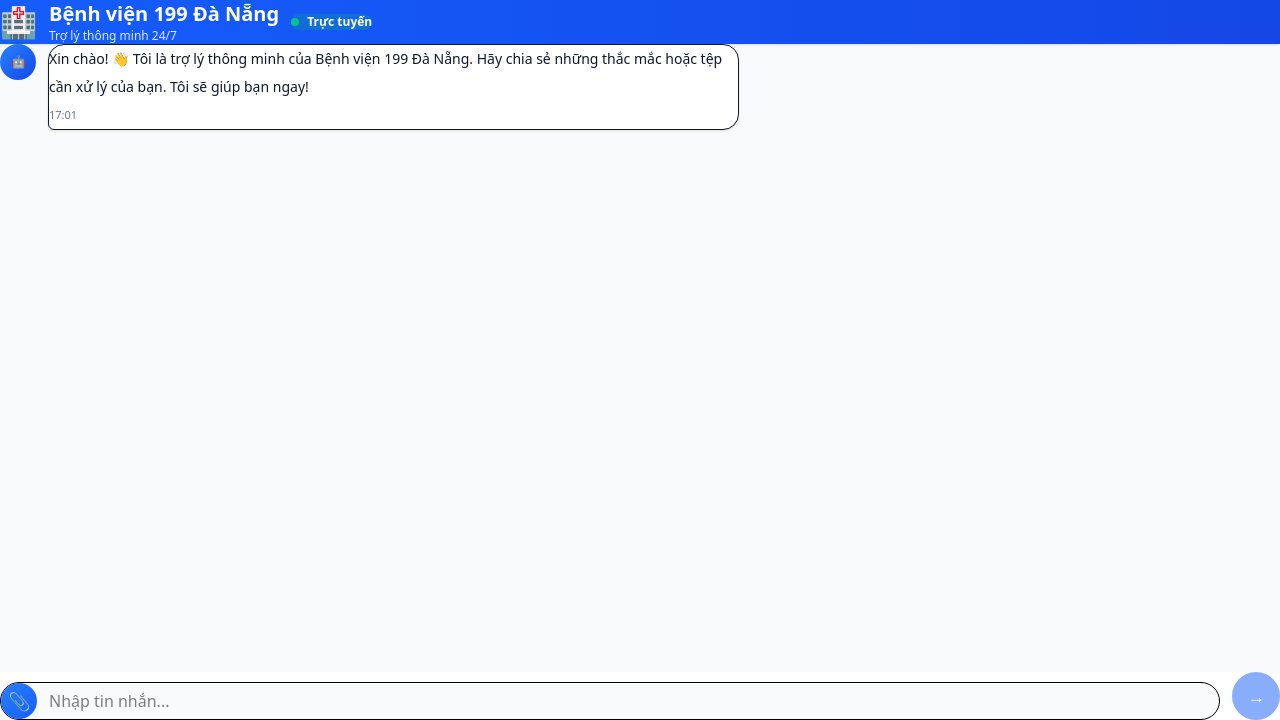
Repository: France2003/B-nh_Vi-n_199
Page: /
These files come from the project's save history. The page is drawn as it stood at one moment and after the next save; the edit follows.
The browser window is 1280 px wide. The pictures show the whole page.
The project was rebuilt for these pictures with package versions that can differ from the ones it lists, and the page was loaded fresh each time. Also part of the build but not shown: vite.config.ts, src/App.css, src/components/FilePreview.tsx.

Above is the page before, as saved 2026-01-10 12:06:17.

### index.html
<!doctype html>
<html lang="en">
  <head>
    <meta charset="UTF-8" />
    <link rel="icon" type="image/svg+xml" href="/vite.svg" />
    <meta name="viewport" content="width=device-width, initial-scale=1.0" />
    <title>chat199</title>
  </head>
  <body>
    <div id="root"></div>
    <script type="module" src="/src/main.tsx"></script>
  </body>
</html>

### src/index.css
@import "tailwindcss";

:root {
  --hospital-50: #f0f7fc;
  --hospital-100: #dceef9;
  --hospital-200: #b9def3;
  --hospital-300: #8fcde9;
  --hospital-400: #5ab9dd;
  --hospital-500: #35a4d0;
  --hospital-600: #2a7bb7;
  --hospital-700: #1e5b8d;
  --hospital-800: #0d4a73;
  --hospital-900: #081f2e;
}

* {
  @apply m-0 p-0 box-border;
}

html,
body {
  @apply h-full w-full;
}

body {
  @apply overflow-hidden;
}

#root {
  @apply h-screen w-screen;
}

/* Scrollbar Styling */
::-webkit-scrollbar {
  @apply w-2 h-2;
}

::-webkit-scrollbar-track {
  @apply bg-transparent;
}

::-webkit-scrollbar-thumb {
  background-color: rgb(13, 74, 115, 0.3);
  border-radius: 4px;
}

::-webkit-scrollbar-thumb:hover {
  background-color: rgb(13, 74, 115, 0.5);
}

/* Custom animations */
@keyframes slideIn {
  from {
    opacity: 0;
    transform: translateY(10px);
  }
  to {
    opacity: 1;
    transform: translateY(0);
  }
}

@keyframes bounce {
  0%, 80%, 100% {
    opacity: 0.5;
    transform: translateY(0);
  }
  40% {
    opacity: 1;
    transform: translateY(-10px);
  }
}

.animate-in {
  animation: slideIn 0.3s ease forwards;
}

.delay-200 {
  animation-delay: 200ms;
}

.delay-400 {
  animation-delay: 400ms;
}

.slide-in-from-bottom-2 {
  --tw-enter-translate-y: 8px;
}

### src/App.tsx
import './App.css'
import { ChatBot } from './components/ChatBot'

function App() {
  return <ChatBot />
}

export default App

### src/components/ChatBot.tsx
import React, { useState, useRef, useEffect } from 'react';
import type { Message, UploadedFile } from '../types';
import { ChatMessage } from './ChatMessage';
import { FileUploader } from './FileUploader';
import { FilePreview } from './FilePreview';

export const ChatBot: React.FC = () => {
  const [messages, setMessages] = useState<Message[]>([
    {
      id: '1',
      type: 'bot',
      content:
        'Xin chào! 👋 Tôi là trợ lý thông minh của Bệnh viện 199 Đà Nẵng. Hãy chia sẻ những thắc mắc hoặc tệp cần xử lý của bạn. Tôi sẽ giúp bạn ngay!',
      timestamp: new Date(),
    },
  ]);

  const [uploadedFiles, setUploadedFiles] = useState<UploadedFile[]>([]);
  const [inputValue, setInputValue] = useState('');
  const [isLoading, setIsLoading] = useState(false);
  const messagesEndRef = useRef<HTMLDivElement>(null);

  useEffect(() => {
    messagesEndRef.current?.scrollIntoView({ behavior: 'smooth' });
  }, [messages, isLoading]);

  const handleSendMessage = async () => {
    if (!inputValue.trim() && uploadedFiles.length === 0) return;

    const userMessage: Message = {
      id: `${Date.now()}`,
      type: 'user',
      content: inputValue,
      timestamp: new Date(),
      files: uploadedFiles.length ? [...uploadedFiles] : undefined,
    };

    setMessages((prev) => [...prev, userMessage]);
    setInputValue('');
    setUploadedFiles([]);
    setIsLoading(true);

    setTimeout(() => {
      setMessages((prev) => [
        ...prev,
        {
          id: `${Date.now() + 1}`,
          type: 'bot',
          content: generateBotResponse(userMessage),
          timestamp: new Date(),
        },
      ]);
      setIsLoading(false);
    }, 800);
  };

  const generateBotResponse = (msg: Message) => {
    if (msg.files?.length) {
      return `✓ Đã nhận ${msg.files.length} tệp: ${msg.files
        .map((f) => f.name)
        .join(', ')}`;
    }
    return '✓ Bệnh viện 199 sẵn sàng hỗ trợ. Bạn cần tôi giúp gì thêm?';
  };

  return (
    <div className="flex flex-col h-screen bg-gray-50">
      {/* HEADER */}
      <header className="flex items-center gap-3 px-6 py-4 bg-gradient-to-r from-blue-600 to-blue-700 text-white shadow">
        <div className="text-3xl">🏥</div>
        <div>
          <h1 className="text-xl font-bold">Bệnh viện 199 Đà Nẵng</h1>
          <p className="text-xs text-blue-100">Trợ lý thông minh 24/7</p>
        </div>
        <div className="ml-auto flex items-center gap-2 bg-green-500/20 px-3 py-1 rounded-full">
          <span className="w-2 h-2 bg-green-400 rounded-full animate-pulse" />
          <span className="text-xs font-semibold">Trực tuyến</span>
        </div>
      </header>

      {/* CHAT */}
      <div className="flex-1 overflow-y-auto py-8">
        <div className="w-full px-4 sm:px-10 lg:px-20">
          {messages.map((m) => (
            <ChatMessage key={m.id} message={m} />
          ))}

          {isLoading && (
            <div className="flex gap-3">
              <div className="w-8 h-8 rounded-full bg-blue-600 flex items-center justify-center text-white">
                🤖
              </div>
              <div className="flex gap-1 bg-white px-4 py-3 rounded-2xl shadow">
                <span className="w-2 h-2 bg-blue-500 rounded-full animate-bounce" />
                <span className="w-2 h-2 bg-blue-500 rounded-full animate-bounce [animation-delay:0.15s]" />
                <span className="w-2 h-2 bg-blue-500 rounded-full animate-bounce [animation-delay:0.3s]" />
              </div>
            </div>
          )}

          <div ref={messagesEndRef} />
        </div>
      </div>

      {/* INPUT */}
      <div className="bg-white py-4">
        <div className="w-full px-4 sm:px-10 lg:px-20">
          {uploadedFiles.length > 0 && (
            <FilePreview
              files={uploadedFiles}
              onRemove={(id) =>
                setUploadedFiles((f) => f.filter((x) => x.id !== id))
              }
              onDescriptionChange={(id, desc) =>
                setUploadedFiles((f) =>
                  f.map((x) => (x.id === id ? { ...x, description: desc } : x))
                )
              }
            />
          )}

          <div className="flex items-end gap-3 mt-3">
            <div className="flex flex-1 items-center gap-3 border rounded-3xl px-5 py-3 bg-gray-50 focus-within:ring-2 focus-within:ring-blue-500 transition">
              <FileUploader
                onFilesUpload={(f) => setUploadedFiles((p) => [...p, ...f])}
                showLabel={false}
              />
              <input
                value={inputValue}
                onChange={(e) => setInputValue(e.target.value)}
                onKeyDown={(e) => e.key === 'Enter' && handleSendMessage()}
                placeholder="Nhập tin nhắn..."
                className="flex-1 bg-transparent outline-none text-base leading-6"
              />
            </div>

            <button
              onClick={handleSendMessage}
              disabled={!inputValue.trim() && !uploadedFiles.length}
              className="w-12 h-12 rounded-full bg-blue-600 text-white text-lg shadow hover:scale-110 transition disabled:opacity-50"
            >
              →
            </button>
          </div>
        </div>
      </div>

    </div>
  );
};

### src/components/ChatMessage.tsx
import React from 'react';
import type { Message } from '../types';

export const ChatMessage: React.FC<{ message: Message }> = ({ message }) => {
  const isUser = message.type === 'user';

  return (
    <div className={`flex ${isUser ? 'justify-end' : 'justify-start'} mb-6`}>
      <div className={`flex gap-3 ${isUser ? 'flex-row-reverse' : ''} max-w-full`}>
        {/* AVATAR */}
        <div
          className={`w-9 h-9 shrink-0 rounded-full flex items-center justify-center text-xs font-medium
            ${isUser
              ? 'bg-blue-600 text-white'
              : 'bg-gradient-to-br from-blue-500 to-blue-700 text-white'
            }`}
        >
          {isUser ? 'Bạn' : '🤖'}
        </div>

        {/* BUBBLE */}
        <div
          className={`
            max-w-[70%]
            px-4 py-3 rounded-2xl
            text-sm leading-7 break-words
            shadow-sm
            ${isUser
              ? 'bg-blue-600 text-white rounded-br-md'
              : 'bg-white border text-gray-900 rounded-bl-md'
            }
          `}
        >
          {message.content}

          <div
            className={`mt-1 text-[11px] opacity-60 ${
              isUser ? 'text-right' : 'text-left'
            }`}
          >
            {message.timestamp.toLocaleTimeString('vi-VN', {
              hour: '2-digit',
              minute: '2-digit',
            })}
          </div>
        </div>
      </div>
    </div>
  );
};

### src/components/FileUploader.tsx
import React, { useState, useRef } from 'react';
import type { UploadedFile } from '../types';

interface FileUploaderProps {
  onFilesUpload: (files: UploadedFile[]) => void;
  showLabel?: boolean;
}

export const FileUploader: React.FC<FileUploaderProps> = ({ onFilesUpload, showLabel = true }) => {
  const [isDragActive, setIsDragActive] = useState(false);
  const fileInputRef = useRef<HTMLInputElement>(null);

  const handleDrag = (e: React.DragEvent) => {
    e.preventDefault();
    e.stopPropagation();
    if (e.type === 'dragenter' || e.type === 'dragover') {
      setIsDragActive(true);
    } else if (e.type === 'dragleave') {
      setIsDragActive(false);
    }
  };

  const processFiles = (files: FileList) => {
    const uploadedFiles: UploadedFile[] = [];

    Array.from(files).forEach((file) => {
      const isImage = file.type.startsWith('image/');
      const uploadedFile: UploadedFile = {
        id: `${Date.now()}-${Math.random()}`,
        name: file.name,
        type: isImage ? 'image' : 'file',
        file,
      };

      if (isImage) {
        const reader = new FileReader();
        reader.onload = (e) => {
          uploadedFile.preview = e.target?.result as string;
        };
        reader.readAsDataURL(file);
      }

      uploadedFiles.push(uploadedFile);
    });

    onFilesUpload(uploadedFiles);
  };

  const handleDrop = (e: React.DragEvent) => {
    e.preventDefault();
    e.stopPropagation();
    setIsDragActive(false);

    if (e.dataTransfer.files && e.dataTransfer.files[0]) {
      processFiles(e.dataTransfer.files);
    }
  };

  const handleChange = (e: React.ChangeEvent<HTMLInputElement>) => {
    if (e.target.files) {
      processFiles(e.target.files);
    }
  };

  if (!showLabel) {
    return (
      <>
        <input
          ref={fileInputRef}
          type="file"
          multiple
          onChange={handleChange}
          accept="image/*,.pdf,.doc,.docx,.xls,.xlsx,.txt"
          className="hidden"
          id="file-upload-input"
        />
        <label
          htmlFor="file-upload-input"
          className="flex items-center justify-center w-9 h-9 rounded-full bg-gradient-to-br from-blue-500 to-blue-600 text-white cursor-pointer hover:shadow-md transition-transform active:scale-95 flex-shrink-0"
          title="Tải file"
          onDragEnter={handleDrag}
          onDragLeave={handleDrag}
          onDragOver={handleDrag}
          onDrop={handleDrop}
        >
          <span className="text-lg">📎</span>
        </label>
      </>
    );
  }

  return (
    <div
      className={`border-2 border-dashed rounded-2xl p-8 text-center transition-all cursor-pointer mb-5 ${
        isDragActive
          ? 'border-blue-500 bg-blue-50 shadow-lg scale-105'
          : 'border-blue-300 bg-blue-50 hover:bg-blue-100 hover:border-blue-400'
      }`}
      onDragEnter={handleDrag}
      onDragLeave={handleDrag}
      onDragOver={handleDrag}
      onDrop={handleDrop}
    >
      <input
        ref={fileInputRef}
        type="file"
        multiple
        onChange={handleChange}
        accept="image/*,.pdf,.doc,.docx,.xls,.xlsx,.txt"
        className="hidden"
      />
      <div className="pointer-events-none">
        <div className="text-4xl mb-3">📁</div>
        <p className="m-0 mb-2 text-base font-bold text-blue-900">Kéo thả file tại đây</p>
        <p className="m-0 text-sm text-blue-600 mb-3">hoặc nhấp để chọn từ máy tính</p>
        <p className="m-0 text-xs text-blue-500">Hỗ trợ: Hình ảnh, PDF, Word, Excel</p>
      </div>
    </div>
  );
};

Loaded but not shown: src/main.tsx (common file)

After the next save:
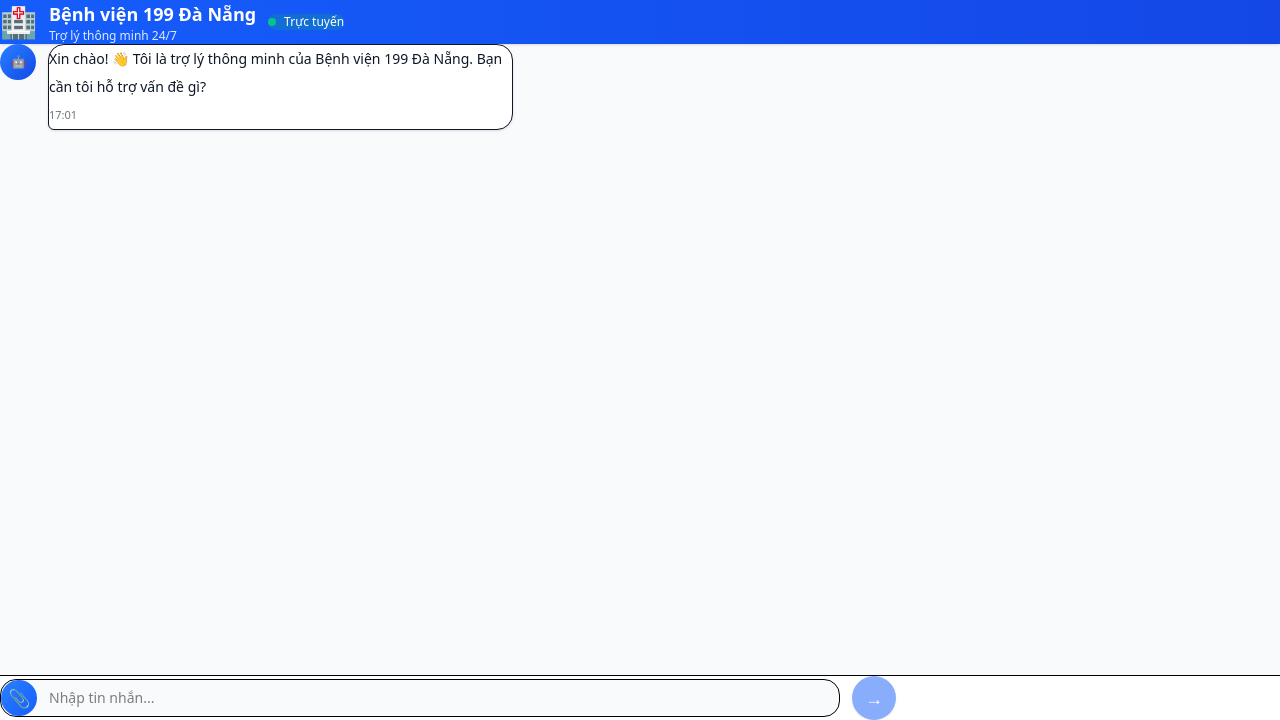
Saved 12 s later.
--- a/src/components/ChatBot.tsx
+++ b/src/components/ChatBot.tsx
@@ -3,6 +3,10 @@
 import { ChatMessage } from './ChatMessage';
 import { FileUploader } from './FileUploader';
 import { FilePreview } from './FilePreview';
+
+const Container = ({ children }: { children: React.ReactNode }) => (
+  <div className="w-full max-w-4xl mx-auto px-4">{children}</div>
+);
 
 export const ChatBot: React.FC = () => {
   const [messages, setMessages] = useState<Message[]>([
@@ -10,7 +14,7 @@
       id: '1',
       type: 'bot',
       content:
-        'Xin chào! 👋 Tôi là trợ lý thông minh của Bệnh viện 199 Đà Nẵng. Hãy chia sẻ những thắc mắc hoặc tệp cần xử lý của bạn. Tôi sẽ giúp bạn ngay!',
+        'Xin chào! 👋 Tôi là trợ lý thông minh của Bệnh viện 199 Đà Nẵng. Bạn cần tôi hỗ trợ vấn đề gì?',
       timestamp: new Date(),
     },
   ]);
@@ -24,11 +28,11 @@
     messagesEndRef.current?.scrollIntoView({ behavior: 'smooth' });
   }, [messages, isLoading]);
 
-  const handleSendMessage = async () => {
+  const handleSendMessage = () => {
     if (!inputValue.trim() && uploadedFiles.length === 0) return;
 
     const userMessage: Message = {
-      id: `${Date.now()}`,
+      id: Date.now().toString(),
       type: 'user',
       content: inputValue,
       timestamp: new Date(),
@@ -44,9 +48,9 @@
       setMessages((prev) => [
         ...prev,
         {
-          id: `${Date.now() + 1}`,
+          id: (Date.now() + 1).toString(),
           type: 'bot',
-          content: generateBotResponse(userMessage),
+          content: '✓ Bệnh viện 199 sẵn sàng hỗ trợ. Bạn cần tôi giúp gì thêm?',
           timestamp: new Date(),
         },
       ]);
@@ -54,43 +58,42 @@
     }, 800);
   };
 
-  const generateBotResponse = (msg: Message) => {
-    if (msg.files?.length) {
-      return `✓ Đã nhận ${msg.files.length} tệp: ${msg.files
-        .map((f) => f.name)
-        .join(', ')}`;
-    }
-    return '✓ Bệnh viện 199 sẵn sàng hỗ trợ. Bạn cần tôi giúp gì thêm?';
-  };
-
   return (
     <div className="flex flex-col h-screen bg-gray-50">
       {/* HEADER */}
-      <header className="flex items-center gap-3 px-6 py-4 bg-gradient-to-r from-blue-600 to-blue-700 text-white shadow">
-        <div className="text-3xl">🏥</div>
-        <div>
-          <h1 className="text-xl font-bold">Bệnh viện 199 Đà Nẵng</h1>
-          <p className="text-xs text-blue-100">Trợ lý thông minh 24/7</p>
-        </div>
-        <div className="ml-auto flex items-center gap-2 bg-green-500/20 px-3 py-1 rounded-full">
-          <span className="w-2 h-2 bg-green-400 rounded-full animate-pulse" />
-          <span className="text-xs font-semibold">Trực tuyến</span>
-        </div>
+      <header className="bg-gradient-to-r from-blue-600 to-blue-700 text-white shadow">
+        <Container>
+          <div className="flex items-center gap-3 py-4">
+            <div className="text-3xl">🏥</div>
+            <div>
+              <h1 className="text-lg font-semibold">
+                Bệnh viện 199 Đà Nẵng
+              </h1>
+              <p className="text-xs text-blue-100">
+                Trợ lý thông minh 24/7
+              </p>
+            </div>
+            <div className="ml-auto flex items-center gap-2 bg-green-500/20 px-3 py-1 rounded-full">
+              <span className="w-2 h-2 bg-green-400 rounded-full animate-pulse" />
+              <span className="text-xs font-medium">Trực tuyến</span>
+            </div>
+          </div>
+        </Container>
       </header>
 
       {/* CHAT */}
-      <div className="flex-1 overflow-y-auto py-8">
-        <div className="w-full px-4 sm:px-10 lg:px-20">
+      <div className="flex-1 overflow-y-auto py-6">
+        <Container>
           {messages.map((m) => (
             <ChatMessage key={m.id} message={m} />
           ))}
 
           {isLoading && (
-            <div className="flex gap-3">
-              <div className="w-8 h-8 rounded-full bg-blue-600 flex items-center justify-center text-white">
+            <div className="flex gap-3 mb-6">
+              <div className="w-9 h-9 rounded-full bg-blue-600 text-white flex items-center justify-center">
                 🤖
               </div>
-              <div className="flex gap-1 bg-white px-4 py-3 rounded-2xl shadow">
+              <div className="bg-white px-4 py-3 rounded-2xl shadow flex gap-1">
                 <span className="w-2 h-2 bg-blue-500 rounded-full animate-bounce" />
                 <span className="w-2 h-2 bg-blue-500 rounded-full animate-bounce [animation-delay:0.15s]" />
                 <span className="w-2 h-2 bg-blue-500 rounded-full animate-bounce [animation-delay:0.3s]" />
@@ -99,12 +102,12 @@
           )}
 
           <div ref={messagesEndRef} />
-        </div>
+        </Container>
       </div>
 
       {/* INPUT */}
-      <div className="bg-white py-4">
-        <div className="w-full px-4 sm:px-10 lg:px-20">
+      <div className="border-t bg-white py-4">
+        <Container>
           {uploadedFiles.length > 0 && (
             <FilePreview
               files={uploadedFiles}
@@ -119,8 +122,8 @@
             />
           )}
 
-          <div className="flex items-end gap-3 mt-3">
-            <div className="flex flex-1 items-center gap-3 border rounded-3xl px-5 py-3 bg-gray-50 focus-within:ring-2 focus-within:ring-blue-500 transition">
+          <div className="flex items-center gap-3 mt-2">
+            <div className="flex flex-1 items-center gap-3 px-4 py-3 rounded-2xl border bg-gray-50 focus-within:ring-2 focus-within:ring-blue-500">
               <FileUploader
                 onFilesUpload={(f) => setUploadedFiles((p) => [...p, ...f])}
                 showLabel={false}
@@ -130,21 +133,20 @@
                 onChange={(e) => setInputValue(e.target.value)}
                 onKeyDown={(e) => e.key === 'Enter' && handleSendMessage()}
                 placeholder="Nhập tin nhắn..."
-                className="flex-1 bg-transparent outline-none text-base leading-6"
+                className="flex-1 bg-transparent outline-none text-sm"
               />
             </div>
 
             <button
               onClick={handleSendMessage}
               disabled={!inputValue.trim() && !uploadedFiles.length}
-              className="w-12 h-12 rounded-full bg-blue-600 text-white text-lg shadow hover:scale-110 transition disabled:opacity-50"
+              className="w-11 h-11 rounded-full bg-blue-600 text-white text-lg shadow hover:scale-105 transition disabled:opacity-50"
             >
               →
             </button>
           </div>
-        </div>
+        </Container>
       </div>
-
     </div>
   );
 };
